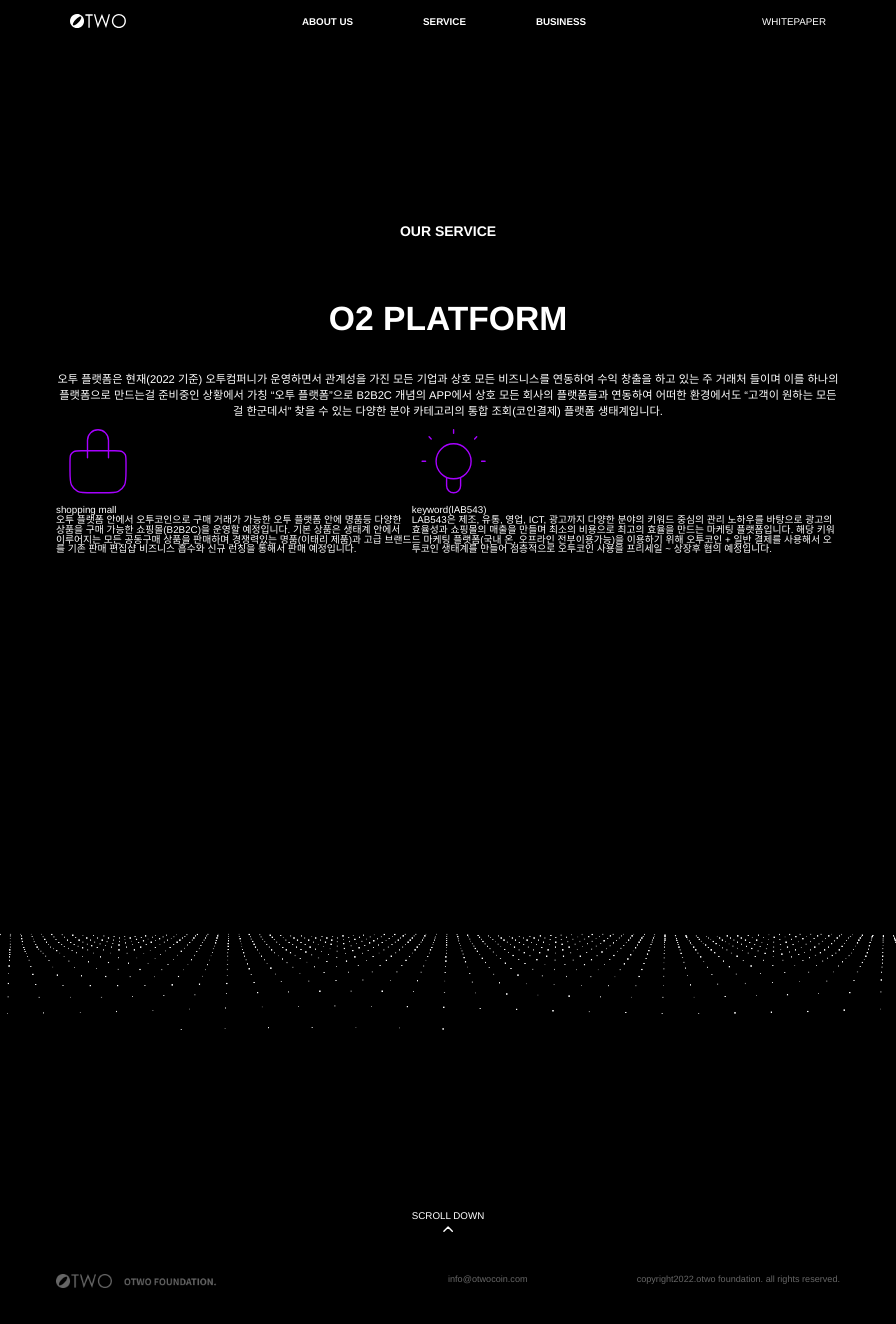
Repository: songhun115/Otwo
Page: service.html
An editor plug-in stored every save of this project. The page is shown before and after the next save, followed by the edit.
The browser window is 1280 px wide. The pictures show the whole page, at 70% of full size.

Above is the page before, as saved 2022-11-18 11:14:52.
Not found: js/three.js

After the next save:
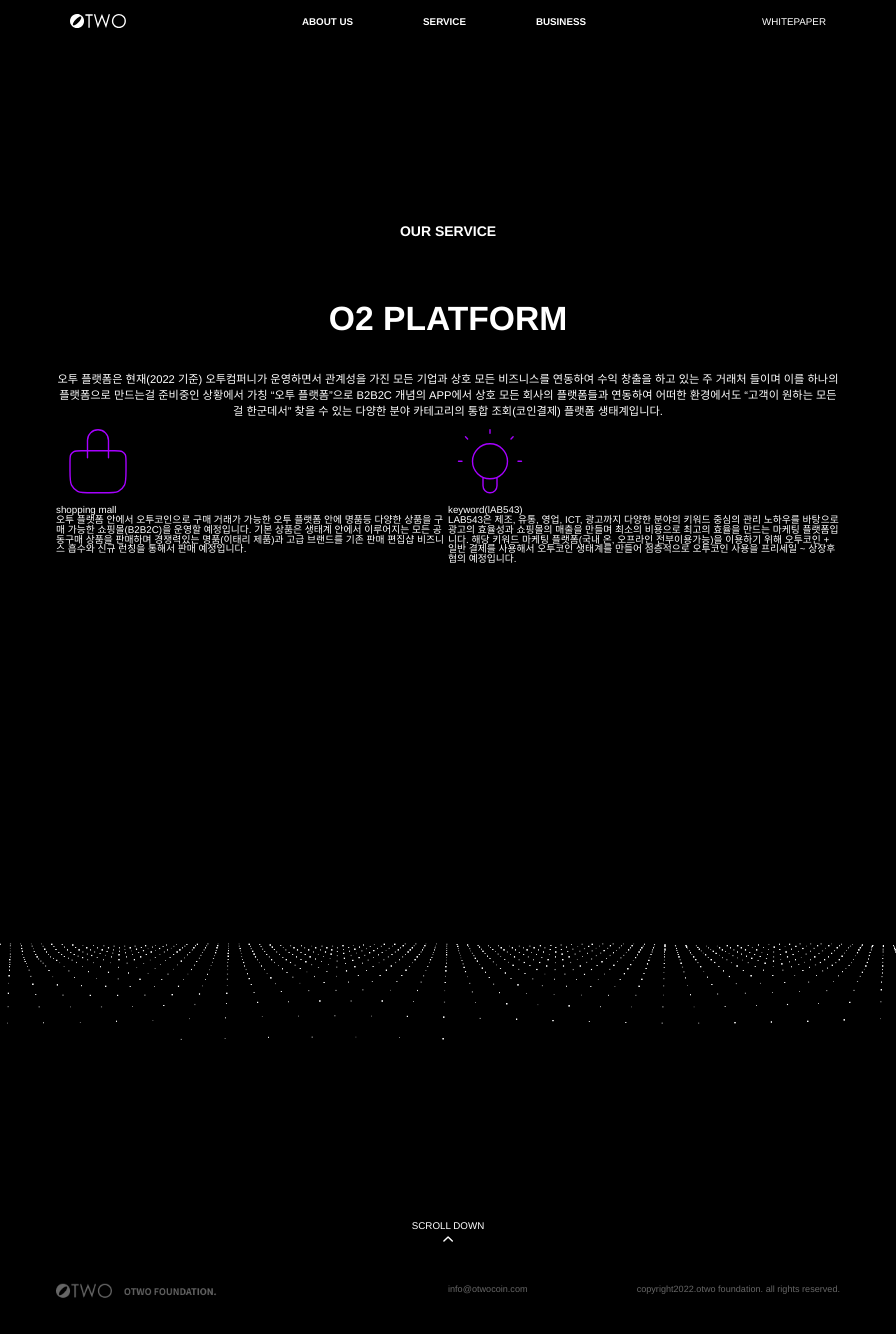
Saved 10 s later.
--- a/css/content.css
+++ b/css/content.css
@@ -84,3 +84,4 @@
 
   /*!서비스  */
   .platform-list{display: flex;}
+  .platform-item{width: 50%;}
